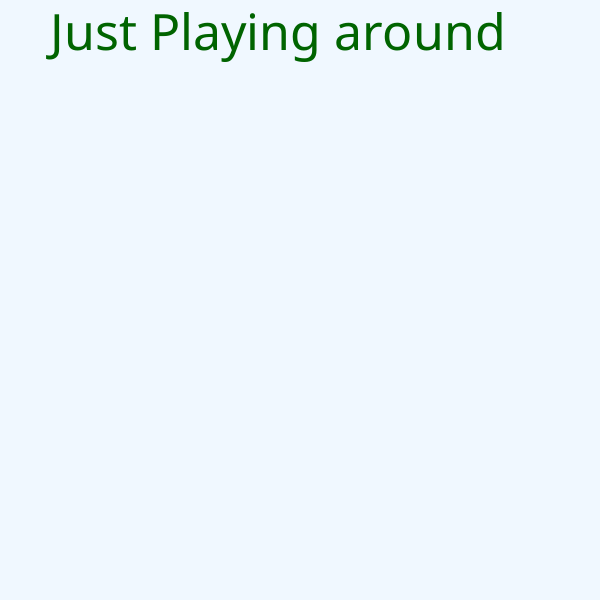
Repository: MaicDf/JavaFx_Playground
Program's window: java javaFxNotes/src/application/Main.java
These files come from the project's save history. The program's window is drawn as it stood at one moment and after the next save; the edit follows.
It runs on Java 21 on a 1366 x 768 screen with JavaFX 11; the title bar is not drawn.

Above is the program's window before, as saved 2024-11-25 12:50:42.

After the next save:
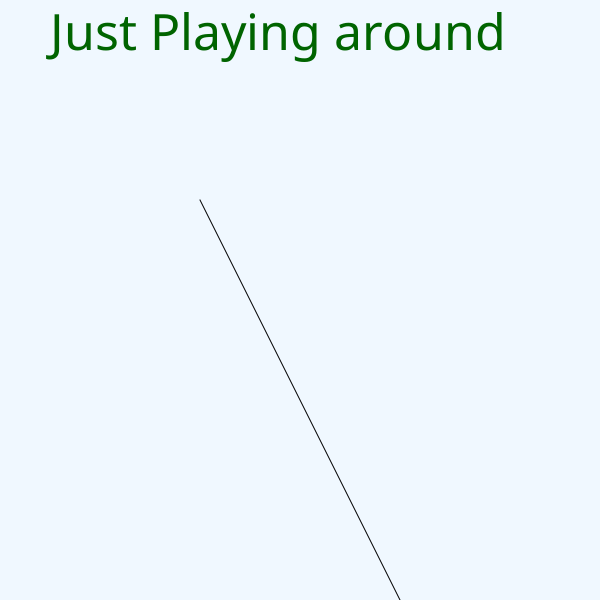
Saved 26 s later.
--- a/javaFxNotes/src/application/Main.java
+++ b/javaFxNotes/src/application/Main.java
@@ -35,6 +35,7 @@
 		line.setEndY(600);
 
 		root.getChildren().add(text);
+		root.getChildren().add(line);
 
 		stage1.setScene(scene1);
 		stage1.show();
